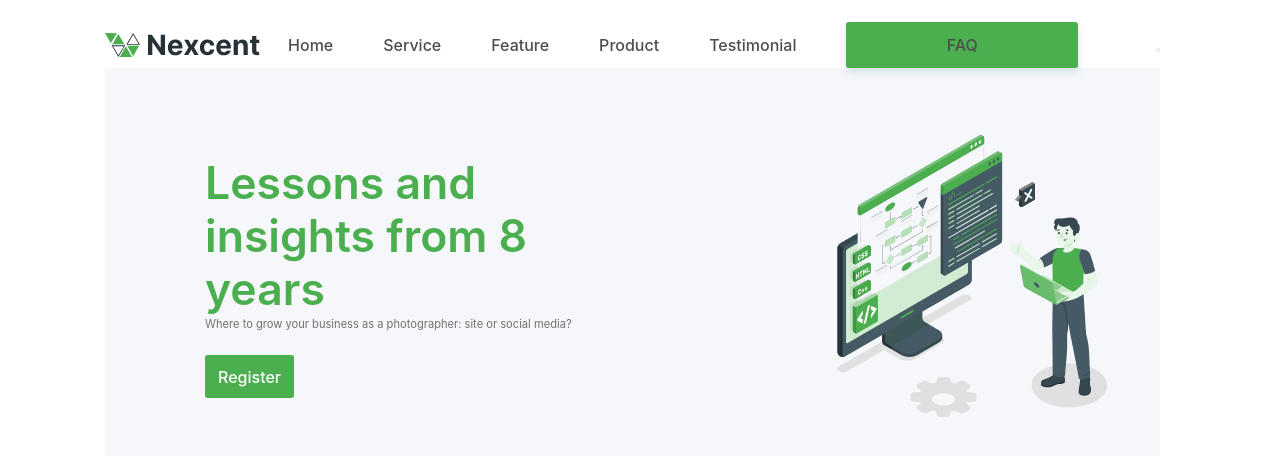
Repository: kubrazamanova/Folder4
Page: homePage/index.html
An editor plug-in stored every save of this project. The page is shown before and after a run of saves, followed by the edit.
The browser window is 1280 px wide. The pictures show the whole page.

Above is the page before, as saved 2023-11-11 11:35:18.

After the next 3 saves:
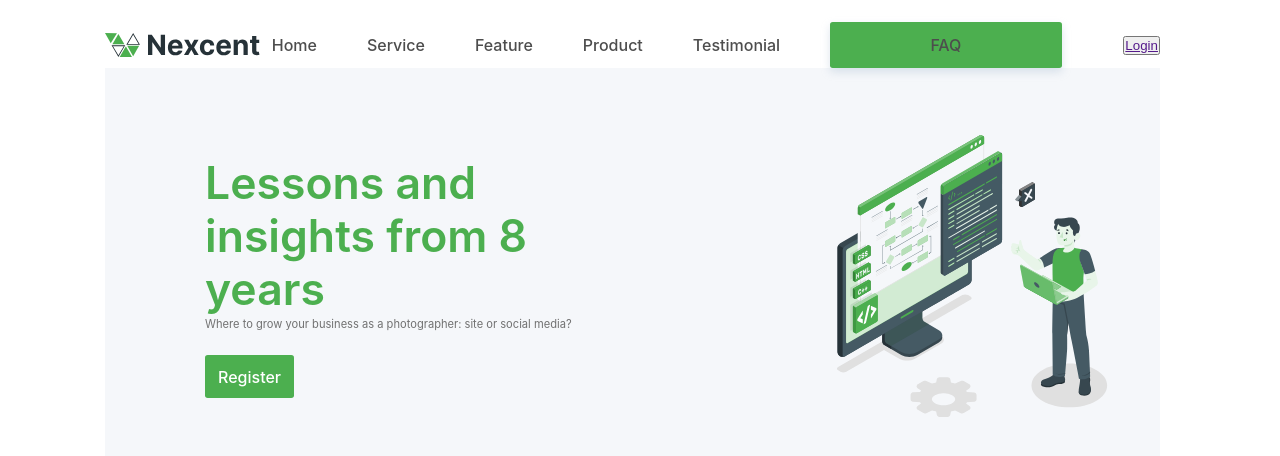
The 3 saves are shown as one change because they came seconds apart.
The last was saved 7 s later.
--- a/homePage/index.html
+++ b/homePage/index.html
@@ -39,7 +39,7 @@
         </ul>
         <div class="buttons-box">
             <button class="login-btn">
-                <a href=""></a>
+                <a href="">Login</a>
             </button>
         </div>
       </nav>
